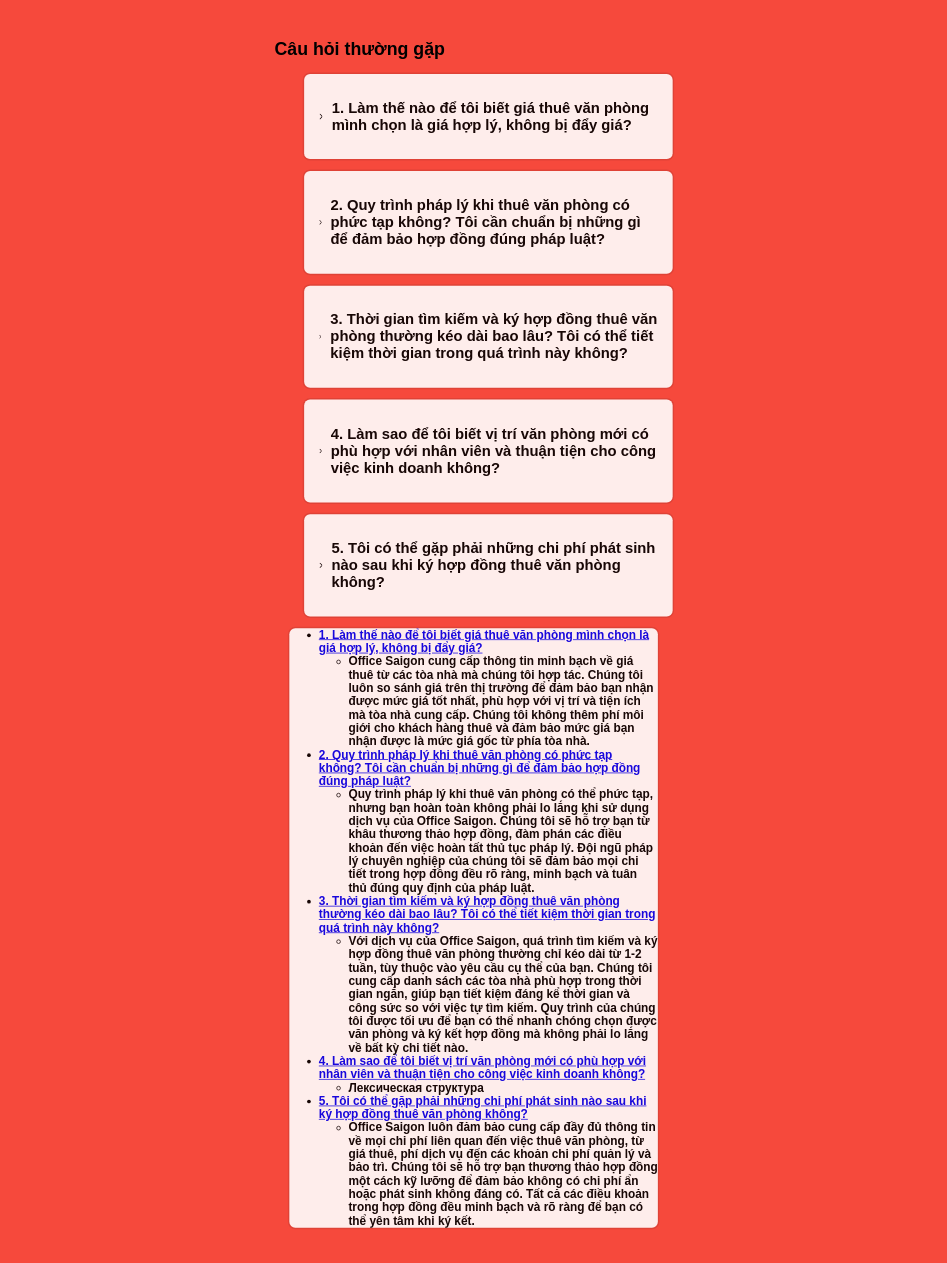
Repository: lannguyen1301/html-office-saigon
Page: accordion.html
An editor plug-in stored every save of this project. The page is shown before and after the next save, followed by the edit.
The browser window is 1280 px wide. The pictures show the whole page, at 74% of full size.

Above is the page before, as saved 2025-02-12 23:22:00.

After the next save:
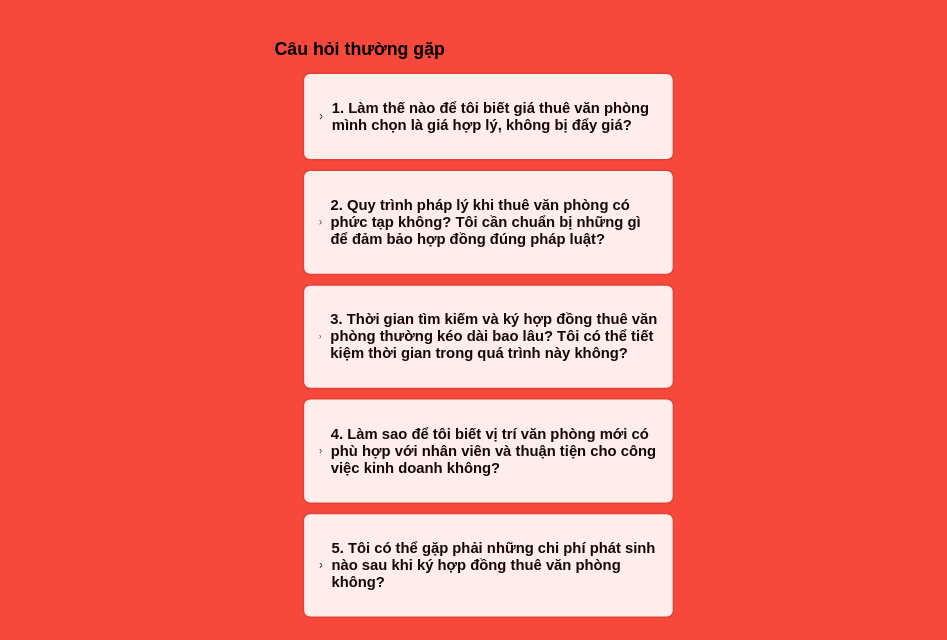
Saved 2 min 18 s later.
--- a/accordion.html
+++ b/accordion.html
@@ -113,87 +113,3 @@
 </body>
 
 </html>
-
-<nav class="navigation">
-    <!-- <header class="navigation__logo">
-        <img src="https://s27.postimg.org/p5shqemzn/logo.png" alt="Navigation's logo" width="216" height="39">
-    </header> -->
-    <article>
-        <ul class="accordion">
-            <li class="accordion__item">
-                <a href="#" class="accordion__link accordion__link_active">
-                    1. Làm thế nào để tôi biết giá thuê văn phòng mình chọn là giá hợp lý, không bị
-                    đẩy giá?
-                </a>
-                <ul class="sub-accordion">
-                    <li class="sub-accordion__item">Office Saigon cung cấp thông tin minh bạch về giá thuê từ các tòa
-                        nhà mà chúng tôi hợp tác.
-                        Chúng tôi luôn so sánh giá trên thị trường để đảm bảo bạn nhận được mức giá tốt nhất, phù
-                        hợp với vị trí và tiện ích mà tòa nhà cung cấp. Chúng tôi không thêm phí môi giới cho khách
-                        hàng thuê và đảm bảo mức giá bạn nhận được là mức giá gốc từ phía tòa nhà.</li>
-                    <!-- <li class="sub-accordion__item">Типы данных, значения и переменные</li> -->
-                    <!-- <li class="sub-accordion__item">Выражения и операторы инструкции</li> -->
-                </ul>
-            </li>
-            <li class="accordion__item">
-                <a href="#" class="accordion__link">
-                    2. Quy trình pháp lý khi thuê văn phòng có phức tạp không? Tôi cần
-                    chuẩn bị những gì để đảm bảo hợp đồng đúng pháp luật?</a></a>
-                <ul class="sub-accordion">
-                    <li class="sub-accordion__item">
-                        Quy trình pháp lý khi thuê văn phòng có thể phức tạp, nhưng bạn hoàn toàn không phải lo lắng
-                        khi sử dụng dịch vụ của Office Saigon. Chúng tôi sẽ hỗ trợ bạn từ khâu thương thảo hợp đồng,
-                        đàm phán các điều khoản đến việc hoàn tất thủ tục pháp lý. Đội ngũ pháp lý chuyên nghiệp của
-                        chúng tôi sẽ đảm bảo mọi chi tiết trong hợp đồng đều rõ ràng, minh bạch và tuân thủ đúng quy
-                        định của pháp luật.
-                    </li>
-                    <!-- <li class="sub-accordion__item">Типы данных, значения и переменные</li> -->
-                    <!-- <li class="sub-accordion__item">Выражения и операторы инструкции</li> -->
-                </ul>
-            </li>
-            <li class="accordion__item">
-                <a href="#" class="accordion__link">
-                    3. Thời gian tìm kiếm và ký hợp đồng thuê văn phòng thường kéo dài bao lâu? Tôi có thể tiết kiệm
-                    thời gian trong quá trình này không?
-                </a>
-                <ul class="sub-accordion">
-                    <li class="sub-accordion__item">
-                        Với dịch vụ của Office Saigon, quá trình tìm kiếm và ký hợp đồng thuê văn phòng thường chỉ
-                        kéo dài từ 1-2 tuần, tùy thuộc vào yêu cầu cụ thể của bạn. Chúng tôi cung cấp danh sách các
-                        tòa nhà phù hợp trong thời gian ngắn, giúp bạn tiết kiệm đáng kể thời gian và công sức so
-                        với việc tự tìm kiếm. Quy trình của chúng tôi được tối ưu để bạn có thể nhanh chóng chọn
-                        được văn phòng và ký kết hợp đồng mà không phải lo lắng về bất kỳ chi tiết nào.
-                    </li>
-                    <!-- <li class="sub-accordion__item">Типы данных, значения и переменные</li> -->
-                    <!-- <li class="sub-accordion__item">Выражения и операторы инструкции</li> -->
-                </ul>
-            </li>
-            <li class="accordion__item">
-                <a href="#" class="accordion__link">
-                    4. Làm sao để tôi biết vị trí văn phòng mới có phù hợp với nhân viên và thuận tiện cho công việc
-                    kinh doanh không?
-                </a>
-                <ul class="sub-accordion">
-                    <li class="sub-accordion__item">Лексическая структура</li>
-                    <!-- <li class="sub-accordion__item">Типы данных, значения и переменные</li> -->
-                    <!-- <li class="sub-accordion__item">Выражения и операторы инструкции</li> -->
-                </ul>
-            </li>
-            <li class="accordion__item">
-                <a href="#" class="accordion__link">
-                    5. Tôi có thể gặp phải những chi phí phát sinh nào sau khi ký hợp
-                    đồng thuê văn phòng không?</a>
-                <ul class="sub-accordion">
-                    <li class="sub-accordion__item">Office Saigon luôn đảm bảo cung cấp đầy đủ thông tin về mọi chi phí
-                        liên quan đến việc thuê
-                        văn phòng, từ giá thuê, phí dịch vụ đến các khoản chi phí quản lý và bảo trì. Chúng tôi sẽ
-                        hỗ trợ bạn thương thảo hợp đồng một cách kỹ lưỡng để đảm bảo không có chi phí ẩn hoặc phát
-                        sinh không đáng có. Tất cả các điều khoản trong hợp đồng đều minh bạch và rõ ràng để bạn có
-                        thể yên tâm khi ký kết.</li>
-                    <!-- <li class="sub-accordion__item">Типы данных, значения и переменные</li> -->
-                    <!-- <li class="sub-accordion__item">Выражения и операторы инструкции</li> -->
-                </ul>
-            </li>
-        </ul>
-    </article>
-</nav>
